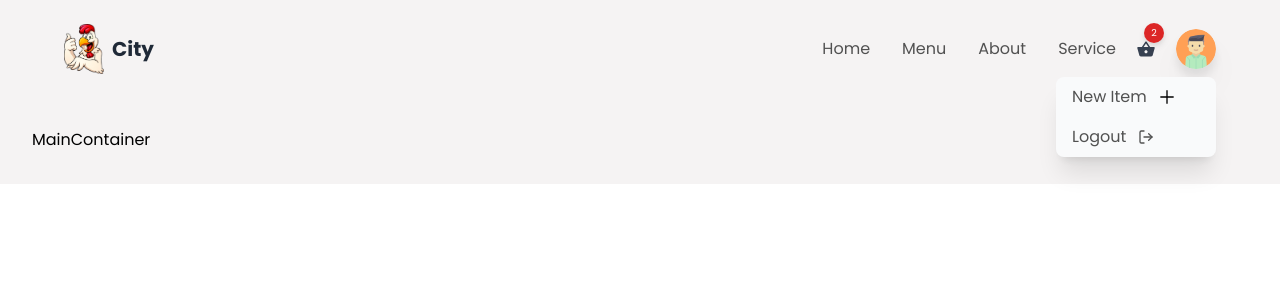
Repository: shikubro90/foodApp
Page: /
An editor plug-in stored every save of this project. The page is shown before and after a run of saves, followed by the edit.
The browser window is 1280 px wide. The pictures show the whole page.
The project was rebuilt for these pictures with package versions that can differ from the ones it lists, and the page was loaded fresh each time. Also part of the build but not shown: src/Components/CreateContainer.jsx.

Above is the page before, as saved 2022-09-21 19:36:51.

### src/index.js
import React from 'react'
import ReactDOM from 'react-dom/client'
import './index.css'
import App from './App'

import {BrowserRouter} from 'react-router-dom'

import {StateProvider} from './context/StateProvider'
import {initialState} from './context/InitialState'
import reducer from './context/reducer'

const root = ReactDOM.createRoot(document.getElementById('root'));
root.render(
  <React.StrictMode>
    <BrowserRouter>
      <StateProvider initialState={initialState} reducer={reducer}>
        <App />
      </StateProvider>
    </BrowserRouter>
  </React.StrictMode>
);

### src/index.css
@import url(https://fonts.googleapis.com/css?family=Poppins:100,100italic,200,200italic,300,300italic,regular,italic,500,500italic,600,600italic,700,700italic,800,800italic,900,900italic);

*{
    margin: 0;
    padding: 0;
    box-sizing: border-box;
}
body{
    font-family: "Poppins", sans-serif, system-ui, -apple-system, BlinkMacSystemFont, 'Segoe UI', Roboto, Oxygen, Ubuntu, Cantarell, 'Open Sans', 'Helvetica Neue', sans-serif;
}

html, body{
    scroll-behavior: smooth;
}

@tailwind base;
@tailwind components;
@tailwind utilities;

@layer components {
    .newDishCard {
      @apply w-225 h-auto p-4 rounded-2xl shadow-2xl duration-100 ease-in-out bg-cardColor backdrop-blur-md hover:shadow-none hover:bg-gradient-to-bl from-emerald-400 to-emerald-700 flex flex-col items-center justify-center relative;
    }
  }

### src/App.js
import React from 'react'
import { Header, CreateContainer, MainContainer } from './Components'
import {Route, Routes} from 'react-router-dom'
import {AnimatePresence} from 'framer-motion'

const App = () => {
  return (
    <AnimatePresence>
      <div className="w-screen h-auto flex flex-col bg-primary ">
          <Header/>
          <main className='mt-24 p-8 w-full'>
            <Routes>
              <Route path='/' element={<MainContainer/>}/>
              <Route path='create' element={<CreateContainer/>}/>
            </Routes>
          </main>
      </div>
    </AnimatePresence>
  )
}

export default App

### src/context/InitialState.js
import { fetchUser } from "../utils/localStorageData"

const userInfo = fetchUser()

export const initialState = {
    user: userInfo,


}

### src/context/reducer.js
export const actionType = {
    SET_USER : "SET_USER"
};

const reducer = (state, action) =>{
    switch (action.type) {
        case actionType.SET_USER:
          return {
            ...state,
            user: action.user,
          };
        default :
        return state;
    }
}

export default reducer;

### src/Components/index.js
export {default as Header} from './Header'
export {default as MainContainer} from './MainContainer'
export {default as CreateContainer} from './CreateContainer'

### src/utils/localStorageData.js
export const fetchUser =()=>{
    const userInfo = localStorage.getItem("user") !== "undefined" ?
    JSON.parse(localStorage.getItem("user")): localStorage.clear();

    return userInfo
}

### src/Components/Header.jsx
import logo from '../img/logo.png'
import { IoMdBasket } from 'react-icons/io'
import {GrAdd} from 'react-icons/gr'
import {FiLogOut} from 'react-icons/fi'
import Avatar from '../img/avatar.png'
import { motion } from 'framer-motion'
import { Link, NavLink } from 'react-router-dom'

// firebase auth
import { getAuth, GoogleAuthProvider, signInWithPopup } from 'firebase/auth'

// get app from firebase.config.js file
import { app } from '../Firebase.config'
import { useStateValue } from '../context/StateProvider'
import { actionType } from '../context/reducer'


const Header = () => {

  const firebaseAuth = getAuth(app)
  const provider = new GoogleAuthProvider()
  const [{ user }, dispatch] = useStateValue();


  const login = async () => {
    if (!user){
      const {
        user: {refreshToken, providerData }
      } = await signInWithPopup(firebaseAuth, provider)
      dispatch({
        type: actionType.SET_USER,
        user: providerData[0],
      })
      localStorage.setItem("user", JSON.stringify(providerData[0]))
    }
  }


  return (
    <div className="fixed z-50 w-screen p-3 px-4 md:p-6 md:px-16 bg-primary">
      {/* Desktop & Tablet */}
      <div className="hidden md:flex w-full h-full items-center justify-between">
        <NavLink to={'/'}>
          <motion.div
            whileTap={{ scale: 0.6 }}
            className="flex items-center gap-2"
          >
            <img src={logo} alt="logo" className="w-10 object-cover" />
            <p className="text-gray-800 text-xl font-bold">City</p>
          </motion.div>
        </NavLink>

        <div className="flex justify-center items-center">
          <ul className="flex items-center justify-center gap-8 ml-auto">
            <li className="text-base text-textColor cursor-pointer hover:text-gray-600 duration-100 ease-in-out">
              Home
            </li>
            <li className="text-base text-textColor cursor-pointer hover:text-gray-600 duration-100 ease-in-out">
              Menu
            </li>
            <li className="text-base text-textColor cursor-pointer hover:text-gray-600 duration-100 ease-in-out">
              About
            </li>
            <li className="text-base text-textColor cursor-pointer hover:text-gray-600 duration-100 ease-in-out">
              Service
            </li>
          </ul>

          <div className="relative flex items-center justify-center ml-5 cursor-pointer">

            <motion.div whileTap={{ scale: 0.6 }}>
              <IoMdBasket className="text-xl text-gray-700" />
              <motion.span
                whileHover={{ scale: 1.1 }}
                className="drop-shadow-md rounded-full w-5 h-5 bg-cart bg-car bg-red-600 flex justify-center items-center text-[.6rem] text-white -top-4 -right-2 absolute"
              >
                2
              </motion.span>
            </motion.div>

          </div>

          <div className="relative">

            <motion.img
              whileTap={{ scale: 0.6 }}
              src={user ? user.photoURL : Avatar}
              alt=""
              className="w-6 h-6 min-w-[40px] min-h-[40px] ml-5 cursor-pointer drop-shadow-xl rounded-full"
              onClick={login}
            />

            <div className='w-40 shadow-xl absolute bg-gray-50 right-0 top-12 rounded-lg flex flex-col'>
              {user && user.email}
              <p className='px-4 py-2 flex items-center gap-3 cursor-pointer hover:bg-slate-100 transition-all duration-100 ease-in-out text-textColor text-base'>New Item <GrAdd/></p>
              <p className='px-4 py-2 flex items-center gap-3 cursor-pointer hover:bg-slate-100 transition-all duration-100 ease-in-out text-textColor text-base'>Logout <FiLogOut/></p>
            </div>

          </div>
        </div>
      </div>

      {/* Mobile */}
      <div className="flex md:hidden w-full h-full bg-blue-400">Mobile</div>
    </div>
  )
}

export default Header

### src/Firebase.config.js
import {getApp, getApps, initializeApp} from "firebase/app"
import {getFirestore} from "firebase/firestore"
import {getStorage} from "firebase/storage"

const firebaseConfig = {
    apiKey: "AIzaSyAGBeUhrzzT-68kroIN5G62mBqU-b-5so0",
    authDomain: "foodapp-6e162.firebaseapp.com",
    databaseURL: "https://foodapp-6e162-default-rtdb.firebaseio.com",
    projectId: "foodapp-6e162",
    storageBucket: "foodapp-6e162.appspot.com",
    messagingSenderId: "875229452645",
    appId: "1:875229452645:web:13552ebbe293467d7f698c"
  };

const app = getApps.length>0? getApp() : initializeApp(firebaseConfig);
const fireStore = getFirestore(app)
const storage = getStorage(app)

export {app, fireStore, storage}

### tailwind.config.js
/** @type {import('tailwindcss').Config} */
module.exports = {
  content: ['./src/**/*.{js,jsx,ts,tsx}'],
  theme: {
    extend: {
      width: {
        150: "150px",
        190: "190px",
        225: "225px",
        275: "275px",
        300: "300px",
        340: "340px",
        350: "350px",
        375: "375px",
        460: "460px",
        656: "656px",
        880: "880px",
        508: "508px",
      },
      height: {
        80: "80px",
        150: "150px",
        225: "225px",
        300: "300px",
        340: "340px",
        370: "370px",
        420: "420px",
        510: "510px",
        600: "600px",
        650: "650px",
        685: "685px",
        800: "800px",
        "90vh": "90vh",
      },
      minWidth: {
        210: "210px",
        350: "350px",
        620: "620px",
      },
      screens: {
        sm: "640px",
        md: "768px",
        lg: "1024px",
        xl: "1280px",
        "2xl": "1536px",
      },
      colors: {
        headingColor: "#2e2e2e",
        textColor: "#515151",
        cartNumBg: "#e80013",
        primary: "#f5f3f3",
        cardOverlay: "rgba(256,256,256,0.4)",
        lighttextGray: "#9ca0ab",
        card: "rgba(256,256,256,0.8)",
        cartBg: "#282a2c",
        cartItem: "#2e3033",
        cartTotal: "#343739",
      },
    },
  },
  plugins: [],
}

Loaded but not shown: src/context/StateProvider.js (common file); src/Components/MainContainer.jsx (common file)

After the next 4 saves:
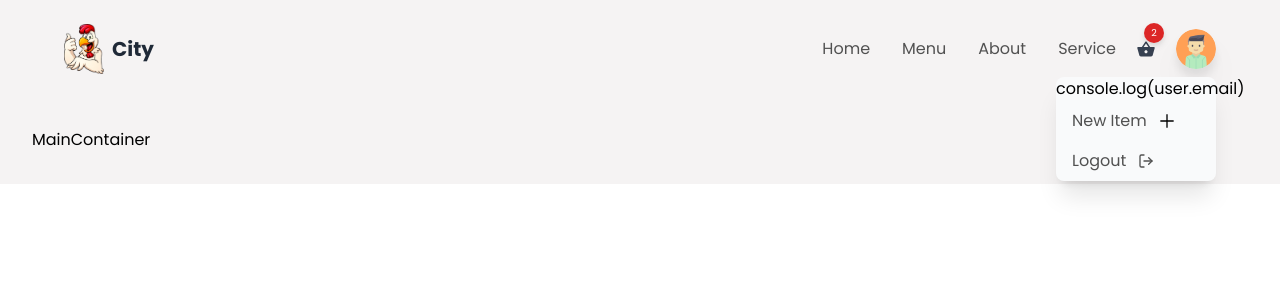
The 4 saves are shown as one change because they came seconds apart.
The last was saved 10 s later.
--- a/src/Components/Header.jsx
+++ b/src/Components/Header.jsx
@@ -91,7 +91,7 @@
             />
 
             <div className='w-40 shadow-xl absolute bg-gray-50 right-0 top-12 rounded-lg flex flex-col'>
-              {user && user.email}
+              console.log(user.email)
               <p className='px-4 py-2 flex items-center gap-3 cursor-pointer hover:bg-slate-100 transition-all duration-100 ease-in-out text-textColor text-base'>New Item <GrAdd/></p>
               <p className='px-4 py-2 flex items-center gap-3 cursor-pointer hover:bg-slate-100 transition-all duration-100 ease-in-out text-textColor text-base'>Logout <FiLogOut/></p>
             </div>

After the save that followed:
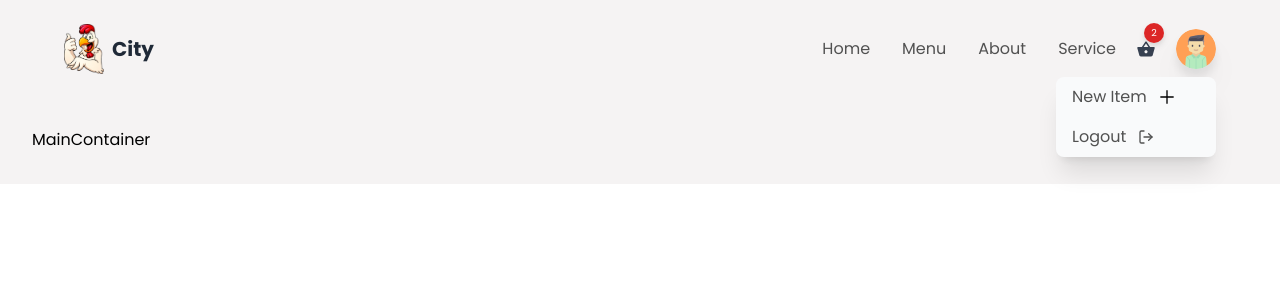
Saved 33 s later.
--- a/src/Components/Header.jsx
+++ b/src/Components/Header.jsx
@@ -91,7 +91,7 @@
             />
 
             <div className='w-40 shadow-xl absolute bg-gray-50 right-0 top-12 rounded-lg flex flex-col'>
-              console.log(user.email)
+
               <p className='px-4 py-2 flex items-center gap-3 cursor-pointer hover:bg-slate-100 transition-all duration-100 ease-in-out text-textColor text-base'>New Item <GrAdd/></p>
               <p className='px-4 py-2 flex items-center gap-3 cursor-pointer hover:bg-slate-100 transition-all duration-100 ease-in-out text-textColor text-base'>Logout <FiLogOut/></p>
             </div>
